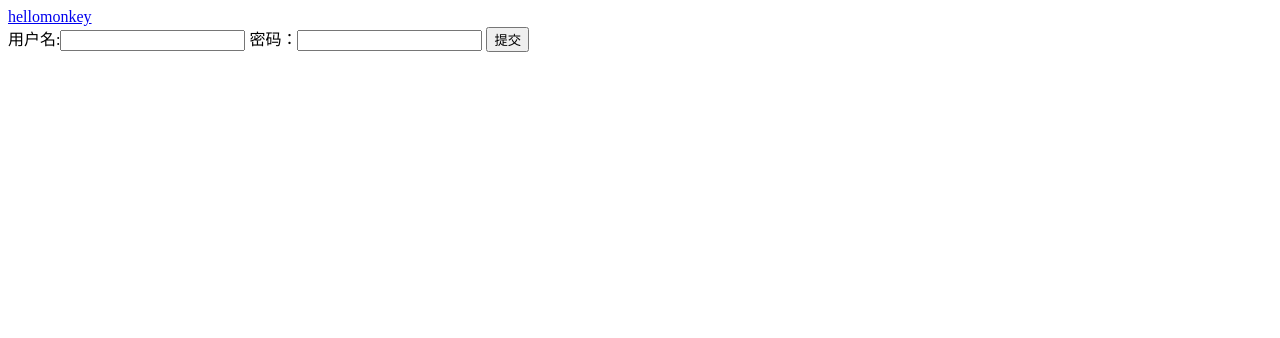
Repository: hellomonkey123/github
Page: javatest/test9/WebRoot/form.html
An editor plug-in stored every save of this project. The page is shown before and after the next save, followed by the edit.
The browser window is 1280 px wide. The pictures show the whole page.

Above is the page before, as saved 2018-08-18 08:31:06.

### javatest/test9/WebRoot/form.html
<!DOCTYPE html>
<html>
	<head>
		<meta charset="UTF-8">
		<title>form.html</title>
		<meta charset="UTF-8">
		<meta http-equiv="keywords" content="keyword1,keyword2,keyword3">
		<meta http-equiv="description" content="this is my page">
		<meta http-equiv="content-type" content="text/html;charset=UTF-8">

		<!-- <link rel="stylesheet" type="text/css" href="./styles.css"> -->
	</head>
	<body>
		<a href="/test9/servlet/RequestDemo3?name=xxx">hellomonkey</a>

		<form action="/test9/servlet/RequestDemo3" method="post">
			用户名:<input type="text" name="username">
			密码：<input type="password" name="password">
			<input type="submit" value="提交">
		</form>



	</body>
</html>

After the next save:
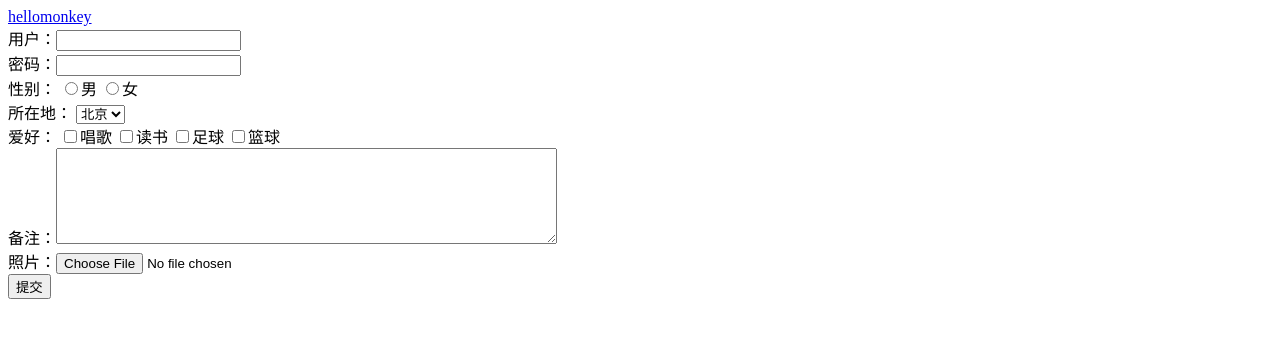
Saved 11 min 26 s later.
--- a/javatest/test9/WebRoot/form.html
+++ b/javatest/test9/WebRoot/form.html
@@ -14,8 +14,33 @@
 		<a href="/test9/servlet/RequestDemo3?name=xxx">hellomonkey</a>
 
 		<form action="/test9/servlet/RequestDemo3" method="post">
-			用户名:<input type="text" name="username">
-			密码：<input type="password" name="password">
+			用户：<input type="text" name="username"><br/>
+			密码：<input type="password" name="password"><br/>
+			性别：
+				<input type="radio" name="gender" value="male">男
+				<input type="radio" name="gender" value="female">女
+				<br/>
+
+			所在地：
+				<select>
+					<option>北京</option>
+					<option>上海</option>
+					<option>深圳</option>
+				</select>
+				<br/>
+			爱好：
+				<input type="checkbox" name="likes" value="sing">唱歌
+				<input type="checkbox" name="likes" value="reading">读书
+				<input type="checkbox" name="likes" value="football">足球
+				<input type="checkbox" name="likes" value="basketball">篮球
+				<br/>
+			备注：<textarea rows="6" cols="60" name="description"></textarea><br/>
+
+			照片：<input type="file" name="image"><br/>
+
+			<input type="hidden" name="id" value="hfdjj">
+
+
 			<input type="submit" value="提交">
 		</form>
 
